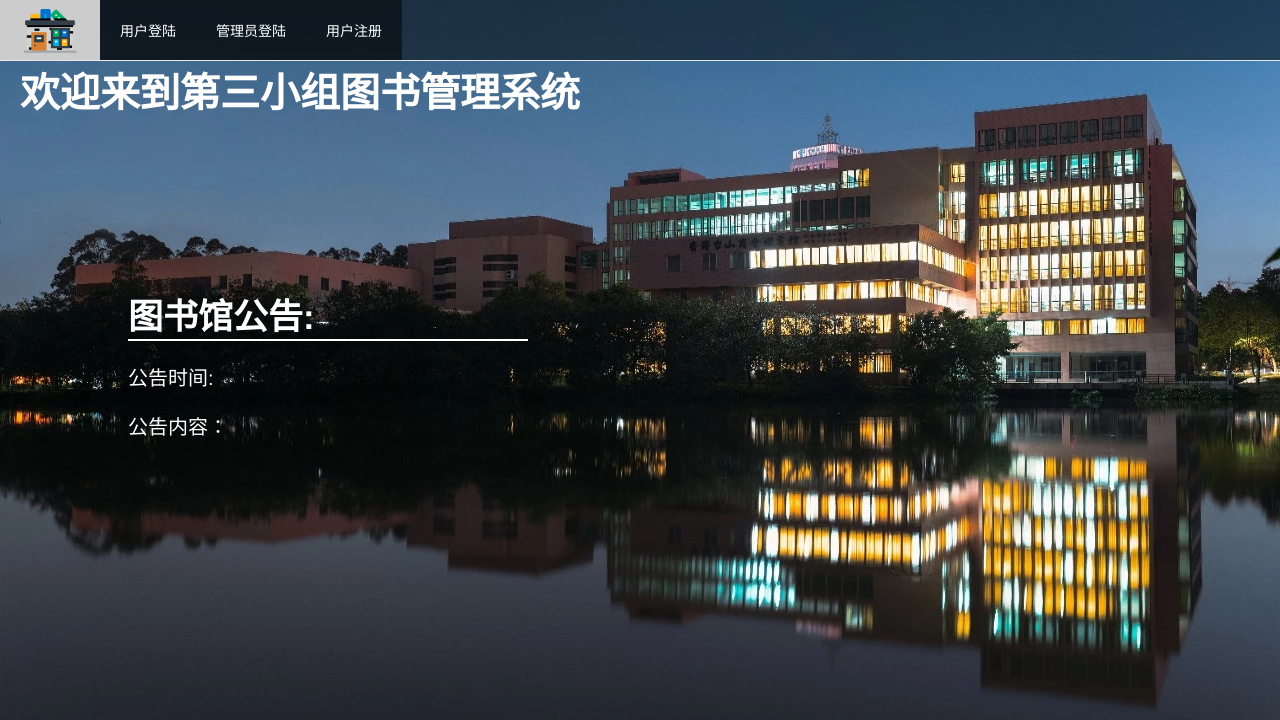
Repository: Akron-xz/helloVue
Page: / (app in vue-library/)
An editor plug-in stored every save of this project. The page is shown before and after the next save, followed by the edit.
The browser window is 1280 px wide. The pictures show the whole page.
The page's requests for data from a server got no answer. The project was rebuilt for these pictures with package versions that can differ from the ones it lists, and the page was loaded fresh each time. No one was signed in, and anything a server would have sent is missing.

Above is the page before, as saved 2020-11-26 17:37:47.

### vue-library/src/main.js
import Vue from 'vue'
import App from './App.vue'
import ElementUI from 'element-ui';
import 'element-ui/lib/theme-chalk/index.css';
import axios from "axios"
import router from './router'
import Router from 'vue-router'

const routerPush = Router.prototype.push
Router.prototype.push = function push(location) {
    return routerPush.call(this, location).catch(error => error)
}

Vue.config.productionTip = false
Vue.use(ElementUI);
Vue.prototype.$axios = axios;


new Vue({
    router,
    render: h => h(App)
}).$mount('#app')

### vue-library/src/router/index.js
import Vue from 'vue'
import VueRouter from 'vue-router'
import Home from '../views/Home.vue'


Vue.use(VueRouter)

const routes = [{
        path: '/',
        name: 'Home',
        component: Home
    },
    {
        path: '/about',
        name: 'About',
        // route level code-splitting
        // this generates a separate chunk (about.[hash].js) for this route
        // which is lazy-loaded when the route is visited.
        component: () =>
            import ( /* webpackChunkName: "about" */ '../views/About.vue')
    },
    {
        path: '/admin',
        name: 'Admin',
        // route level code-splitting
        // this generates a separate chunk (about.[hash].js) for this route
        // which is lazy-loaded when the route is visited.
        component: () =>
            import ( /* webpackChunkName: "about" */ '../views/Administrator.vue')
    },
    {
        path: "/userLogin",
        name: "UserLogin",
        component: () =>
            import ('../views/UserLogin.vue')
    },
    {
        path: "/user",
        name: "User",
        component: () =>
            import ( /* webpackChunkName: "about" */ '../views/User.vue')
    },
    {
        path: "/signup",
        name: "SignUp",
        component: () =>
            import ('../views/SignUp.vue')
    },
    {
        path: "/adminmain",
        name: "AdminMain",
        component: () =>
            import ('../views/AdminMain.vue')
    },
    {

        path: "/MyInformation",
        name: "MyInformation",
        component: () =>
            import ('../views/MyInformation.vue')
    },
    {
        path: "/library",
        name: "Library",
        component: () =>
            import ( /* webpackChunkName: "about" */ '../views/Library.vue')

    },
    {
        path: "/modifymsg",
        name: "ModifyMsg",
        component: () =>
            import ('../views/ModifyMsg.vue')
    },
    {
        path: "/borrowhistory",
        name: "BorrowHistory",
        component: () =>
            import ('../views/BorrowHistory.vue')
    },
    {
        path: "/newissue",
        name: "NewIssue",
        component: () =>
            import ('../views/NewIssue.vue')
    },
    {
        path: "/booksearch",
        name: "BookSearch",
        component: () =>
            import ('../views/BookSearch.vue')
    },
    {
        path: "/MyBookshelves",
        name: "MyBookshelves",
        component: () =>
            import ('../views/MyBookshelves.vue')
    },
    {
        path: "/modifyAnnounce",
        name: "ModifyAnnounce",
        component: () =>
            import ('../views/ModifyAnnounce.vue')
    },
    {
        path: "/statistics",
        name: "Statistics",
        component: () =>
            import ('../views/Statistics.vue')
    },
    {
        path: "/thanks",
        name: "Thanks",
        component: () =>
            import ('../views/Thanks.vue')
    },


]

const router = new VueRouter({
    routes
})

export default router

### vue-library/src/views/Home.vue
<template>
  <div class="home-container">
    <userNavigation></userNavigation>
    <!-- <div class="login box">
      <img src="/img/home/userIcon.png" alt="" class="login-img" @click="toLogin" />
      <p class="logo-name" @click="toLogin">用户登录</p>
    </div>

    <div class="admin box">
      <img src="/img/home/manageIcon.png" alt="" class="admin-img" @click="toAdmin" />
      <p class="logo-name" @click="toAdmin">管理员登录</p>
    </div>

    <div class="signup box">
      <img
        src="/img/home/signupIconWhite.png"
        alt=""
        class="signup-img"
        @click="toSignUp"
      />
      <p class="logo-name" @click="toSignUp">用户注册</p>
    </div> -->
    <div class="welcomeWord">
      <h1>欢迎来到第三小组图书管理系统</h1>
    </div>

    <div class="announce-box">
      <h2>图书馆公告:</h2>
      <div class="link-top"></div>
      <p>公告时间:{{ announceTimeStr }}</p>
      <p>公告内容：{{ announceContent }}</p>
    </div>
    <div class="img">
      <!-- <img src="/img/anoncementImg.svg" alt="" class="anoncementImg">  -->
    </div>
  </div>
</template>>


<script>
import axios from "axios";
import userNavigation from "@/components/homeNav.vue";
export default {
  components: {
    userNavigation,
  },
  data() {
    return {
      announceTimeStr: "",
      announceContent: "",
      permission: false,
    };
  },
  methods: {
    getAnnounce() {
      axios({
        method: "get",
        url: "http://192.168.3.23:8081/announce/list",
      })
        .then((res) => {
          let announceContent = res.data.announceContent;
          this.announceContent = announceContent;
          this.announceTimeStr = res.data.announceTimeStr;
          console.log(announceContent);
          console.log(this.announceTimeStr);
        })
        .catch(function (error) {
          //请求失败
          console.log("error...", error);
        });
    },
    // 登录
    toLogin() {
      this.permission = true;
      this.$router.push({ path: "/UserLogin" });
    },
    // 管理员登录
    toAdmin() {
      this.permission = true;
      this.$router.push({ path: "/admin" });
    },
    // 注册账号
    toSignUp() {
      this.permission = true;
      this.$router.push({ path: "/signup" });
    },
  },
  created() {
    this.getAnnounce();
  },

  // 只有点击上面 用户登录 或 管理员登录 或 注册 才能跳转 (导航守卫)
  // beforeRouteLeave (to, from, next) {
  //   if (this.permission) {
  //     next();
  //   }else {
  //     next(false);
  //   }
  // }
};
</script>

<style  scoped>
.home-container {
  position: fixed;
  left: 0;
  top: 0;
  width: 100%;
  height: 100%;
  background-repeat: no-repeat;
  background-image: url(/img/divBg/bg32.jpg);
  background-size: 100% 100%;
  text-align: center;
}

.login-img {
  width: 150px;
  height: 150px;
  margin-top: 50px;
  opacity: 0.7;
}

.admin-img {
  width: 150px;
  height: 150px;
  margin-top: 50px;
  cursor: pointer;
}

.signup-img {
  width: 150px;
  height: 150px;
  margin-top: 50px;
}

.logo-name:hover {
  cursor: pointer;
  color: blue;
}

.box {
  list-style-type: none;
  float: left;
  margin-top: 10px;
  margin-left: 10px;
  width: 31%;
}

.login {
  background-image: url(/img/divBg/bg6.jpg);
  background-size: 100% 100%;
}

.admin {
  background-image: url(/img/divBg/bg2.jpg);
  background-size: 100% 100%;
}

.signup {
  background-image: url(/img/divBg/bg3.jpg);
  background-size: 100% 100%;
}

.logo-name {
  color: black;
}

.announce-box {
  position: fixed;
  top: 40%;
  left: 50%;
  height: 200px;
  width: 400px;
  margin-left: -40%;
  background: none;
}

.welcomeWord {
  margin-top: 30px;
  margin-left: 20px;
  float: left;
  background: none;
  margin-top: 0px;
}

.welcomeWord h1 {
  font-size: 40px;
  margin-top: 0px;
  color: white;
}

.announce-box p {
  color: white;
  font-size: 20px;
  text-align: left;
}

.link-top {
  width: 100%;
  height: 1px;
  border-top: solid white 2px;
}
.announce-box h2 {
  font-size: 35px;
  color: white;
  margin-top: 0;
  margin-bottom: 0;
  text-align: left;
}

.anoncementImg {
  position: relative;
  bottom: 30%;
}
</style>>

### vue-library/src/components/homeNav.vue
<template>

    <div class="navigation-bar">
        <el-menu
            class="el-menu-demo"
            mode="horizontal"
            @select="handleSelect"
            background-color="#00000080"
            text-color="#ffffff"
            text-font="15px"
            border="none"
            >


            <el-menu-item index="1" @click="toMain">
                <img src="/img/libraryIcon.png" alt="" target="_self" class="libraryIcon">
            </el-menu-item>

            <el-menu-item index="2" @click="toLogin">
                <a  target="_self"  >用户登陆</a>
            </el-menu-item>

            <el-menu-item index="3" @click="toAdministrator">
                <a  target="_self">管理员登陆</a>
            </el-menu-item>

            <el-menu-item index="4" @click="toSignUp">
                <a  target="_self">用户注册</a>
            </el-menu-item>

            <!-- <el-menu-item index="5" @click="toLibrary">
                <a  target="_self">图书馆</a>
            </el-menu-item> -->

            <!-- <el-menu-item index="6" class="exitIcon">
                <img src="/img/logoutIcon.png" alt="" target="_self" class="logoutIcon">
            </el-menu-item> -->

            <!-- <el-menu-item index="6" @click="toMain">
                <a  target="_self">返回主页</a>
            </el-menu-item> -->
        </el-menu>

    </div>
</template>

<script>
export default {
    name:"Nav",
    data() {
      return {
        activeIndex: '1'
      }
    },
    methods: {
    handleSelect(key, keyPath) {
      console.log(key, keyPath);
    },
    toMain(){
      this.$router.push({path:'/'});
    },

    toLogin(){
      this.$router.push({path:'/UserLogin'});
    },
    toAdministrator(){
      this.$router.push({path:'/Admin'});
    },
    toSignUp(){
      this.$router.push({path:'/SignUp'});
    },




  },

}
</script>>

<style scoped>
.libraryIcon{
  height: 60px;
  width: 60px;
}

.exitIcon{
  float: right;
}

.logoutIcon{
  height: 40px;
  width: 40px;
}

</style>>

Loaded but not shown: vue-library/public/index.html (common file); vue-library/src/App.vue (common file)

After the next save:
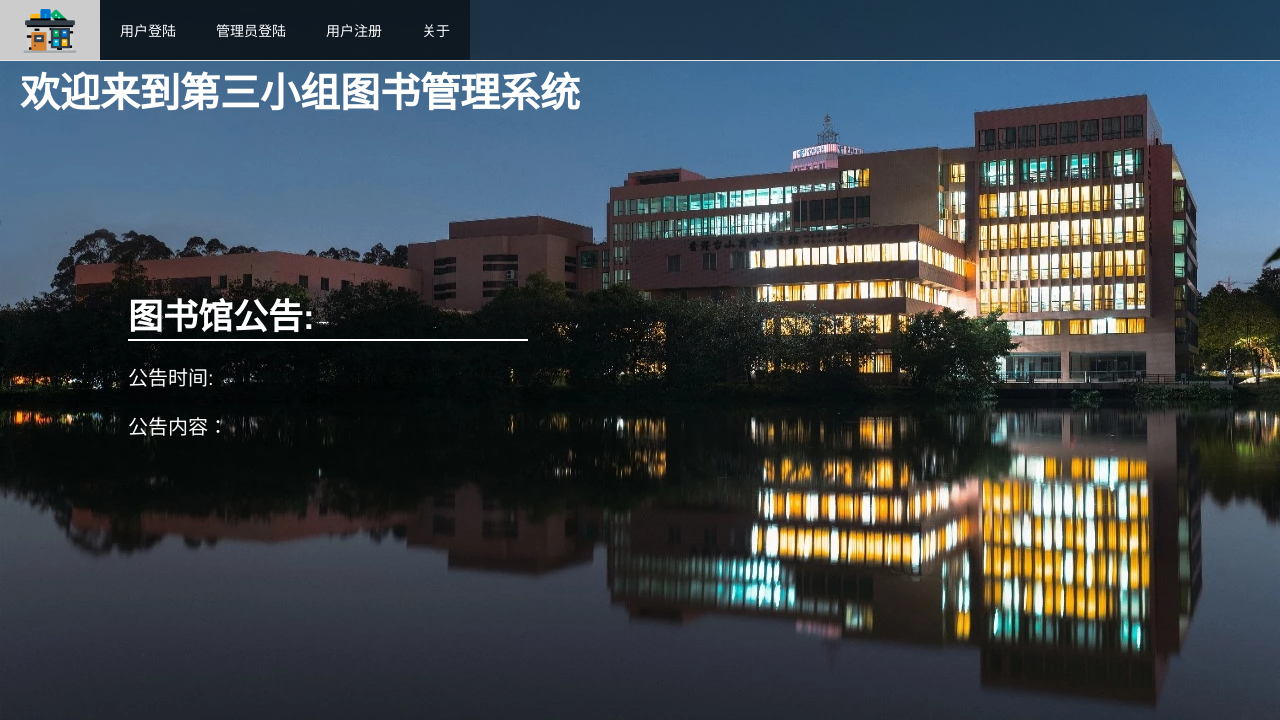
Saved 23 s later.
--- a/vue-library/src/components/homeNav.vue
+++ b/vue-library/src/components/homeNav.vue
@@ -26,6 +26,10 @@
 
             <el-menu-item index="4" @click="toSignUp">
                 <a  target="_self">用户注册</a>
+            </el-menu-item>
+
+            <el-menu-item index="5" @click="toThanks">
+                <a  target="_self">关于</a>
             </el-menu-item>
 
             <!-- <el-menu-item index="5" @click="toLibrary">
@@ -69,6 +73,9 @@ export default {
     toSignUp(){
       this.$router.push({path:'/SignUp'});
     },
+    toThanks(){
+      this.$router.push({path:'/Thanks'});
+    },
 
 
 
